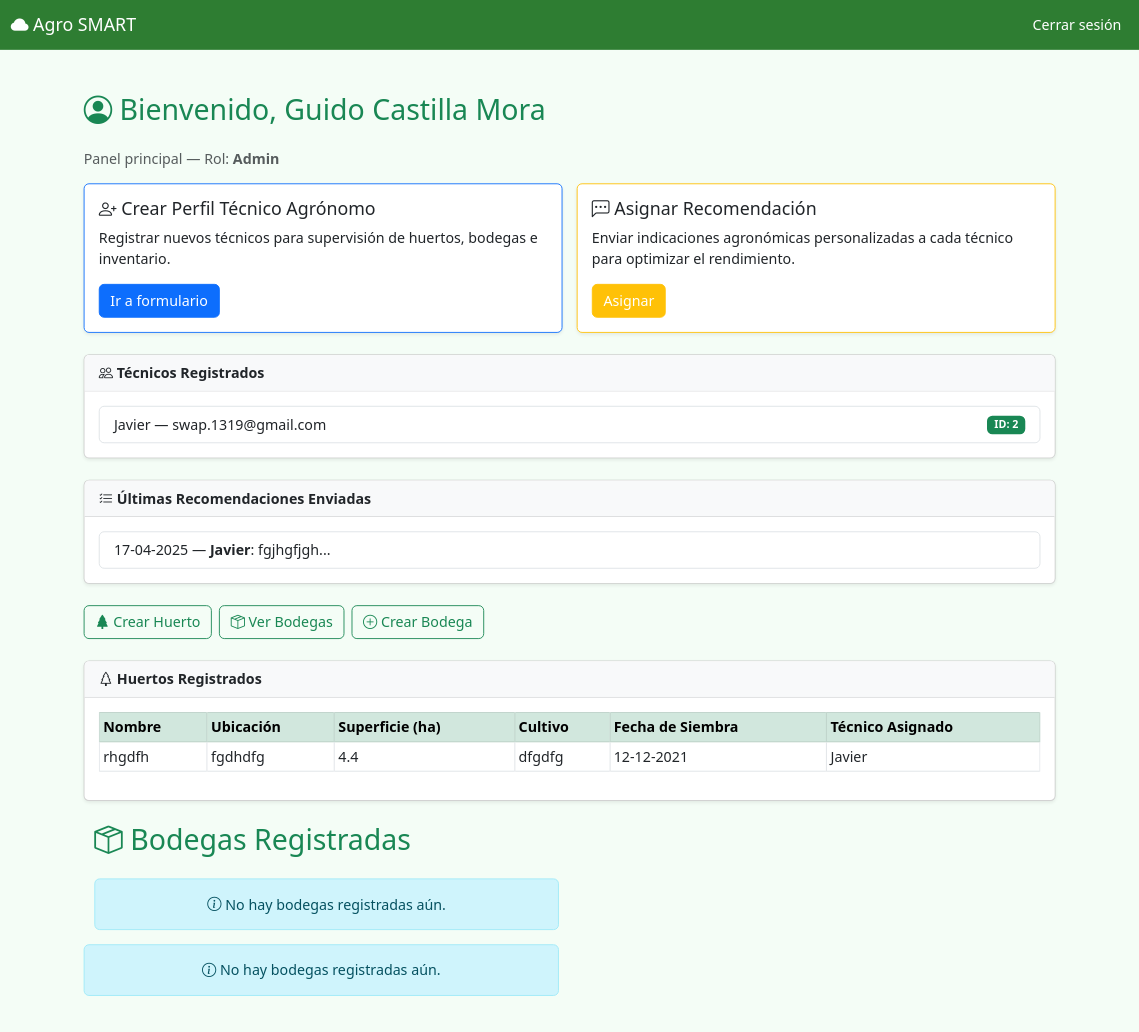
Repository: eikos4/Agrodeskv3
Page: http://localhost/dashboard
An editor plug-in stored every save of this project. The page is shown before and after the next save, followed by the edit.
The browser window is 1280 px wide. The pictures show the whole page, at 89% of full size.
The page is served by the project's application, run on Flask 3 (app/__init__.py). The user the application loads for id 1 is signed in. The page reads the database file committed with the project.

Above is the page before, as saved 2025-04-14 10:49:13.

After the next save:
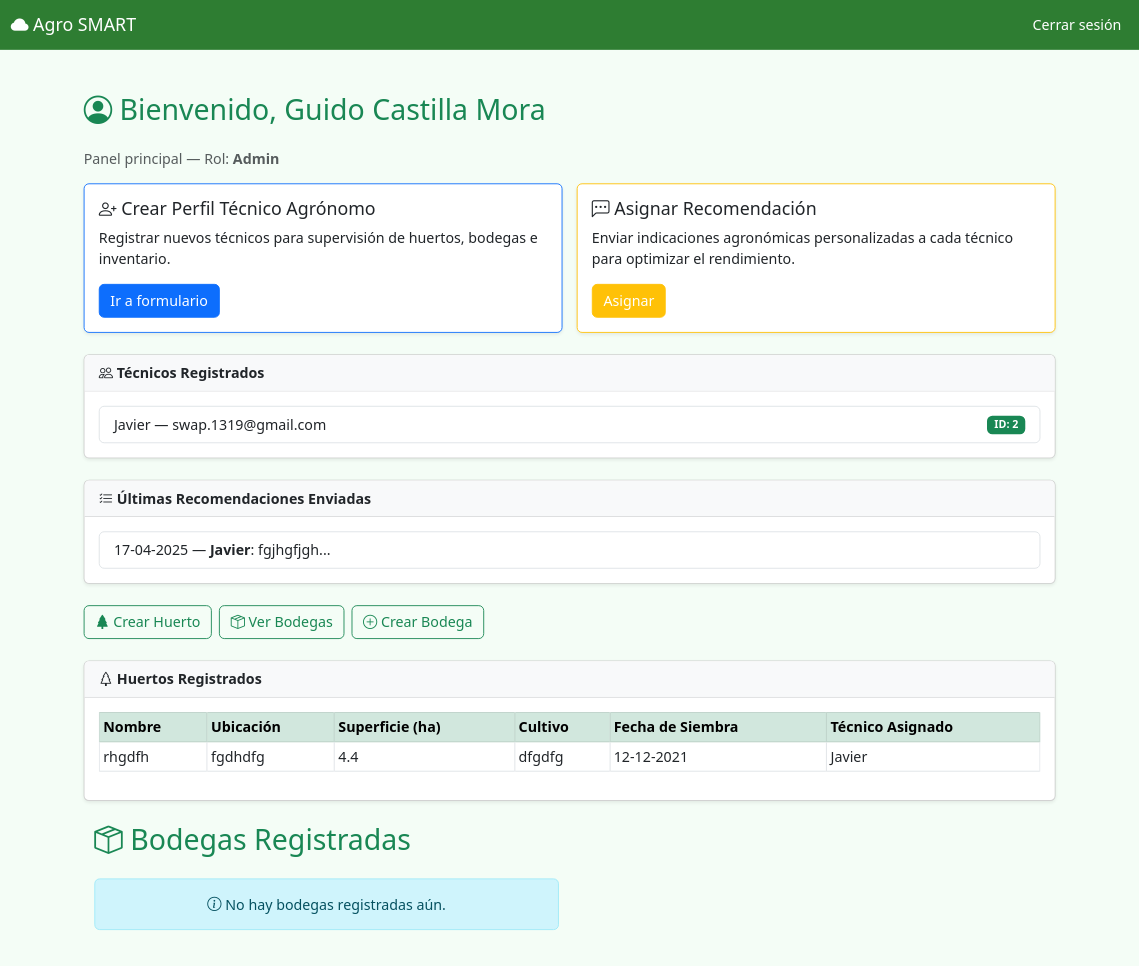
Saved 10 min 30 s later.
--- a/app/templates/dashboard.html
+++ b/app/templates/dashboard.html
@@ -225,30 +225,5 @@
 
 
 
-  <div class="row row-cols-1 row-cols-md-2 g-4">
-    {% for bodega in bodegas %}
-      <div class="col">
-        <div class="card border-success shadow-sm h-100">
-          <div class="card-header bg-success text-white d-flex justify-content-between align-items-center">
-            <strong><i class="bi bi-house-door-fill"></i> {{ bodega.nombre }}</strong>
-            <small>{{ bodega.huerto.nombre }}</small>
-          </div>
-          <div class="card-body">
-            <p><i class="bi bi-geo-alt-fill text-success"></i> <strong>Ubicación:</strong> {{ bodega.ubicacion or "No especificada" }}</p>
-            <p><i class="bi bi-person-circle text-success"></i> <strong>Responsable:</strong> {{ bodega.responsable.name if bodega.responsable else 'Sin asignar' }}</p>
-            <a href="{{ url_for('admin.ver_quimicos', bodega_id=bodega.id) }}" class="btn btn-outline-success btn-sm mt-2">
-              Ver químicos
-            </a>
-          </div>
-        </div>
-      </div>
-    {% else %}
-      <div class="col-12">
-        <div class="alert alert-info text-center">
-          <i class="bi bi-info-circle"></i> No hay bodegas registradas aún.
-        </div>
-      </div>
-    {% endfor %}
-  </div>
 
 {% endblock %}
